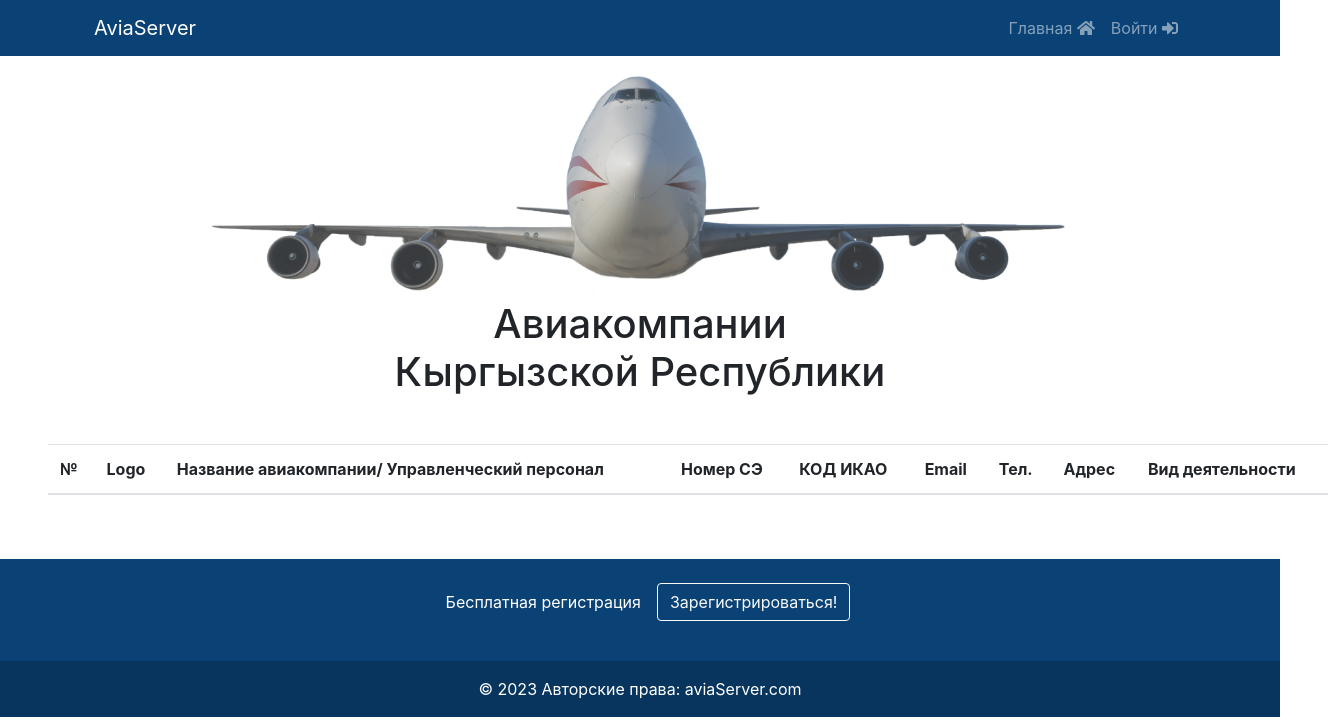
Repository: sulimonn/aviaServer
Page: products/templates/products/index.html
An editor plug-in stored every save of this project. The page is shown before and after the next save, followed by the edit.
The browser window is 1280 px wide. The page is 1328 px wide, so the pictures cover 1328 px, including what lies to the right of the window. The pictures show the whole page.
Some web libraries are served in a nearby version. The template is drawn by Django 4.2. The application's start-up code is not run. The template is opened directly, without the code that normally fills it, so the values that code supplies are empty.

Above is the page before, as saved 2023-08-14 20:59:13.

After the next save:
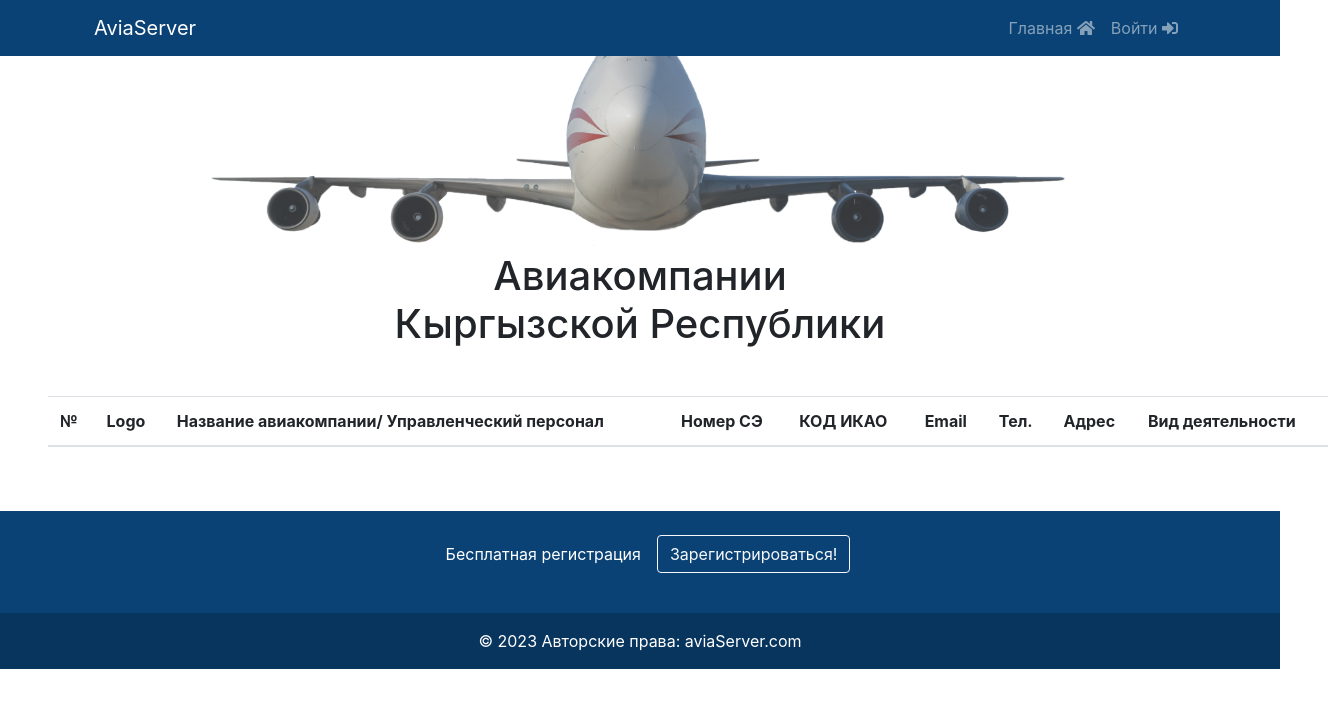
Saved 36 s later.
--- a/products/templates/products/index.html
+++ b/products/templates/products/index.html
@@ -5,7 +5,6 @@
 {% endblock %}
 
 {% block content  %}
-<br><br>
 
 <div class="d-flex">
     <img class="m-auto" width="900px" src="/media/img/carusel.png">
